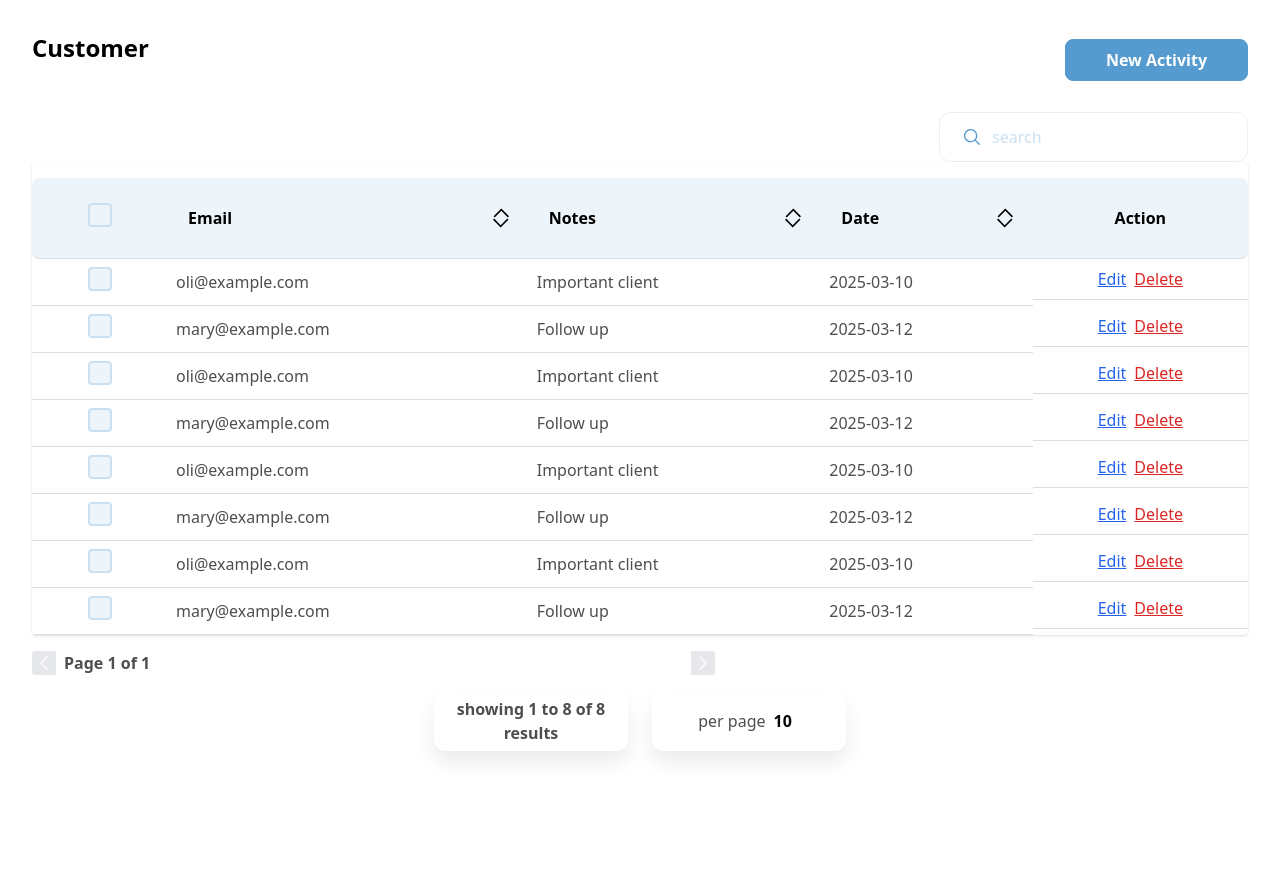
Repository: Abdelrhman-asker-smart/JsdcPIF
Page: tableAcitviy.html
The author's editor kept a copy of each file at every save. The page is drawn from the files as they stood at one save, then again after the next save.
The browser window is 1280 px wide. The pictures show the whole page.
Some web libraries are served in a nearby version.

Above is the page before, as saved 2025-03-10 11:07:06.

After the next save:
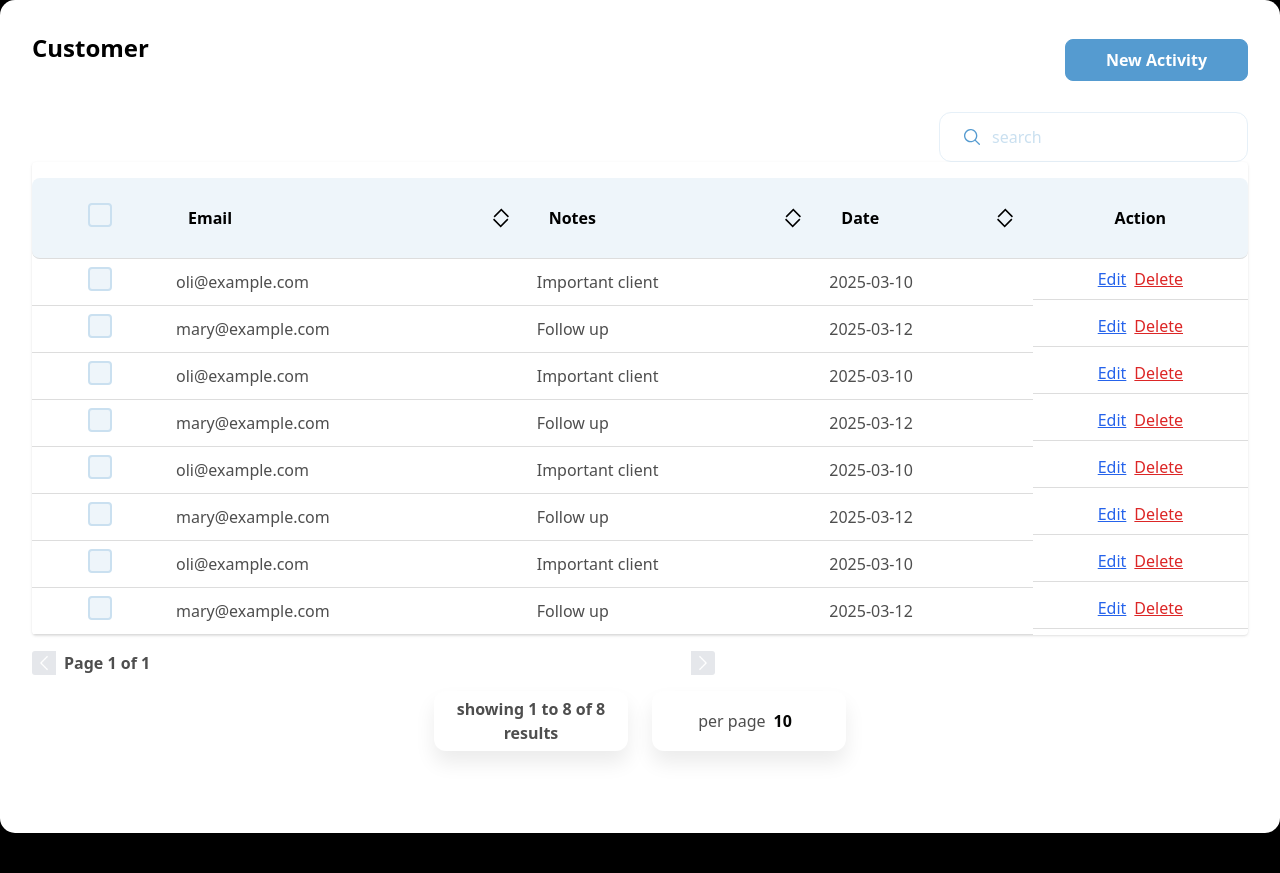
Saved 17 s later.
--- a/tableAcitviy.html
+++ b/tableAcitviy.html
@@ -115,7 +115,7 @@
     }
   </style>
 </head>
-<body class="container">
+<body class="container bg-black">
 
     <div class="bg-white p-8 rounded-[15px] mb-[40px]">
         <div class="flex justify-between flex-wrap items-center">
